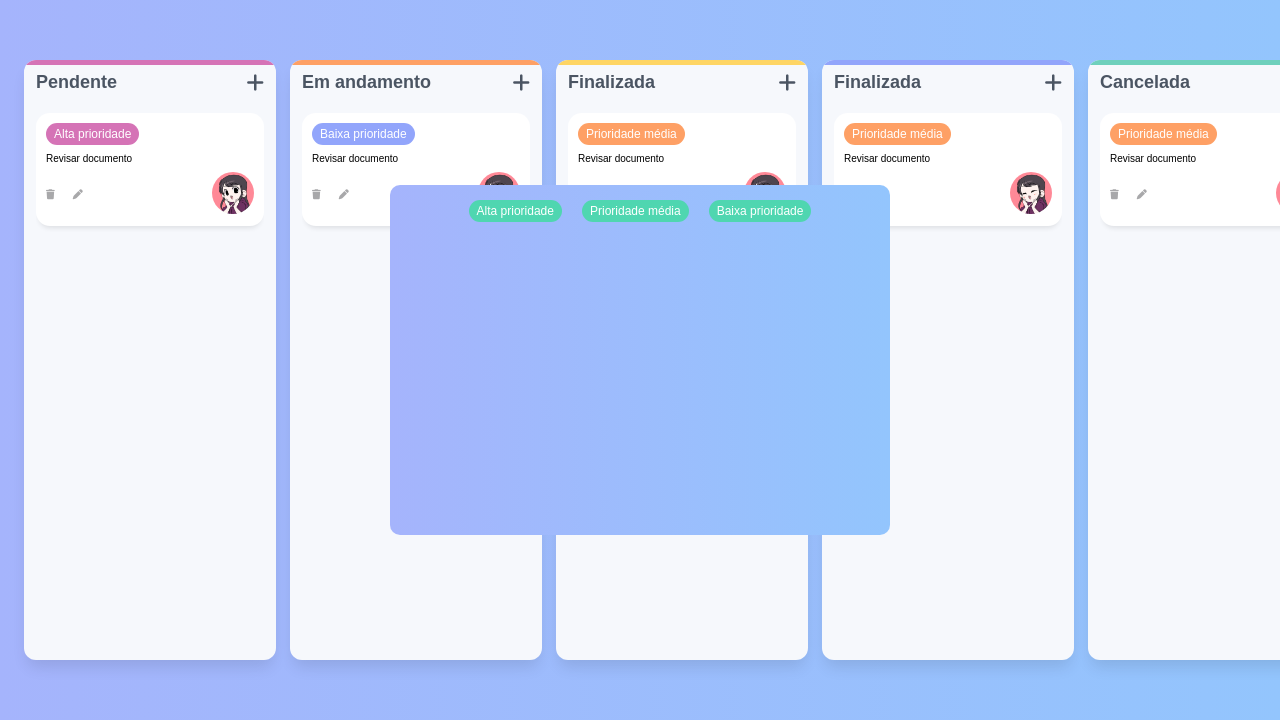
Repository: Marinalr-25/ProjetoToDoList
Page: index.html
These files come from the project's save history. The page is drawn as it stood at one moment and after the next save; the edit follows.
The browser window is 1280 px wide. The pictures show the whole page.
Some web fonts or font styles are not loaded; a fallback is used. Some web libraries are served in a nearby version.

Above is the page before, as saved 2024-10-31 18:17:41.

### index.html
<!DOCTYPE html>
<html lang="pt-BR">
  <head>
    <meta charset="UTF-8" />
    <meta name="viewport" content="width=device-width, initial-scale=1.0" />
    <link rel="preconnect" href="https://fonts.googleapis.com" />
    <link rel="preconnect" href="https://fonts.gstatic.com" crossorigin />
    <link
      href="https://fonts.googleapis.com/css2?family=Playpen+Sans:wght@100..800&family=Roboto:ital,wght@0,100;0,300;0,400;0,500;0,700;0,900;1,100;1,300;1,400;1,500;1,700;1,900&display=swap"
      rel="stylesheet"
    />
    <link
      rel="stylesheet"
      href="https://cdnjs.cloudflare.com/ajax/libs/font-awesome/6.6.0/css/all.min.css"
      integrity="sha512-Kc323vGBEqzTmouAECnVceyQqyqdsSiqLQISBL29aUW4U/M7pSPA/gEUZQqv1cwx4OnYxTxve5UMg5GT6L4JJg=="
      crossorigin="anonymous"
      referrerpolicy="no-referrer"
    />
    <link rel="stylesheet" href="css/style.css" />
    <title>Suas tarefas</title>
  </head>
  <body>
    <main class="kanban">
      <!-- coluna 1 -->
      <div class="kanban-column" data-id="1">
        <div class="kanban-title">
          <h2>Pendente</h2>
          <button class="add-card"><i class="fa-solid fa-plus"></i></button>
        </div>
        <div class="kanban-cards">
          <div class="kanban-card" draggable="true">
            <div class="badge high">
              <span>Alta prioridade</span>
            </div>
            <p class="card-title">Revisar documento</p>
            <div class="card-infos">
              <div class="card-icons">
                <p>
                  <i class="fa-solid fa-trash"></i>
                </p>
                <p>
                  <i class="fa-solid fa-pen"></i>
                </p>
              </div>
              <div class="user">
                <img src="images/iconePerfil1.png" alt="avatar1" />
              </div>
            </div>
          </div>
        </div>
      </div>
      <!-- coluna 2 -->
      <div class="kanban-column" data-id="2">
        <div class="kanban-title">
          <h2>Em andamento</h2>
          <button class="add-card"><i class="fa-solid fa-plus"></i></button>
        </div>
        <div class="kanban-cards">
          <div class="kanban-card" draggable="true">
            <div class="badge low">
              <span>Baixa prioridade</span>
            </div>
            <p class="card-title">Revisar documento</p>
            <div class="card-infos">
              <div class="card-icons">
                <p>
                  <i class="fa-solid fa-trash"></i>
                </p>
                <p>
                  <i class="fa-solid fa-pen"></i>
                </p>
              </div>
              <div class="user">
                <img src="images/iconePerfil2.png" alt="avatar2" />
              </div>
            </div>
          </div>
        </div>
      </div>
      <!-- coluna 3 -->
      <div class="kanban-column" data-id="3">
        <div class="kanban-title">
          <h2>Finalizada</h2>
          <button class="add-card"><i class="fa-solid fa-plus"></i></button>
        </div>
        <div class="kanban-cards">
          <div class="kanban-card" draggable="true">
            <div class="badge medium">
              <span>Prioridade média</span>
            </div>
            <p class="card-title">Revisar documento</p>
            <div class="card-infos">
              <div class="card-icons">
                <p>
                  <i class="fa-solid fa-trash"></i>
                </p>
                <p>
                  <i class="fa-solid fa-pen"></i>
                </p>
              </div>
              <div class="user">
                <img src="images/iconePerfil2.png" alt="avatar2" />
              </div>
            </div>
          </div>
        </div>
      </div>
      <!-- coluna 4 -->
      <div class="kanban-column" data-id="4">
        <div class="kanban-title">
          <h2>Finalizada</h2>
          <button class="add-card"><i class="fa-solid fa-plus"></i></button>
        </div>
        <div class="kanban-cards">
          <div class="kanban-card" draggable="true">
            <div class="badge medium">
              <span>Prioridade média</span>
            </div>
            <p class="card-title">Revisar documento</p>
            <div class="card-infos">
              <div class="card-icons">
                <p>
                  <i class="fa-solid fa-trash"></i>
                </p>
                <p>
                  <i class="fa-solid fa-pen"></i>
                </p>
              </div>
              <div class="user">
                <img src="images/iconePerfil2.png" alt="avatar2" />
              </div>
            </div>
          </div>
        </div>
      </div>
      <!-- coluna 5 -->
      <div class="kanban-column" data-id="5">
        <div class="kanban-title">
          <h2>Cancelada</h2>
          <button class="add-card"><i class="fa-solid fa-plus"></i></button>
        </div>
        <div class="kanban-cards">
          <div class="kanban-card" draggable="true">
            <div class="badge medium">
              <span>Prioridade média</span>
            </div>
            <p class="card-title">Revisar documento</p>
            <div class="card-infos">
              <div class="card-icons">
                <p>
                  <i class="fa-solid fa-trash"></i>
                </p>
                <p>
                  <i class="fa-solid fa-pen"></i>
                </p>
              </div>
              <div class="user">
                <img src="images/iconePerfil2.png" alt="avatar2" />
              </div>
            </div>
          </div>
        </div>
      </div>

      <div class="adicionando">
        <div class="modal">
          <div class="custom_radio">
            <input
              type="radio"
              name="prioridade"
              id="alta_prioridade"
              placeholder="Alta prioridade"
            />
            <label for="alta_prioridade">Alta prioridade</label>
          </div>
          <div class="custom_radio">
            <input
              type="radio"
              name="prioridade"
              id="media_prioridade"
              placeholder="Alta prioridade"
            />
            <label for="media_prioridade">Prioridade média </label>
          </div>
          <div class="custom_radio">
            <input
              type="radio"
              name="prioridade"
              id="baixa_prioridade"
              placeholder="Alta prioridade"
            />
            <label for="baixa_prioridade">Baixa prioridade</label>
          </div>
        </div>
      </div>
      <div class="descricao">
        <input type="text" name="" id="" />
      </div>
    </main>
    <script src="javascript/script.js"></script>
  </body>
</html>

### css/style.css
* {
  padding: 0;
  margin: 0;
  box-sizing: border-box;
}

*::-webkit-scrollbar {
  width: 0.8rem;
}

*::-webkit-scrollbar-track {
  background-color: #eaeffa;
  border-radius: 0.8rem;
}
*::-webkit-scrollbar-thumb {
  background-color: #b7d3fb;
  border-radius: 2rem;
}

html {
  font-size: 62.5%;
}

body {
  font-family: 'Playpen Sans', sans-serif;
  min-height: 100vh;
  display: flex;
  justify-content: center;
  align-items: center;
  background: linear-gradient(90deg, #a5b4fc, #93c5fd);
}

.kanban {
  display: flex;
  gap: 1.4rem;
  padding: 2.4rem;
  width: 100%;
  height: 90vh;
  overflow-x: auto;
}

.kanban-column {
  display: flex;
  flex-direction: column;
  gap: 1.8rem;
  height: 100%;
  overflow-y: auto;
  background-color: #f6f8fc;
  border-radius: 1.2rem;
  box-shadow: 0 1rem 1.5rem -0.3rem rgba(0, 0, 0, 0.1);
  padding: 1.2rem;
  overflow: hidden;
  min-width: 25.2rem;
  position: relative;

  &::after {
    position: absolute;
    content: '';
    top: 0;
    left: 0;
    height: 0.5rem;
    width: 100%;
  }
  &[data-id='1']::after {
    background-color: #d573b6;
  }
  &[data-id='2']::after {
    background-color: #fea065;
  }
  &[data-id='3']::after {
    background-color: #fed565;
  }
  &[data-id='4']::after {
    background-color: #92a5fb;
  }
  &[data-id='5']::after {
    background-color: #6ed0bc;
  }
}

.kanban-title {
  display: flex;
  justify-content: space-between;

  & h2 {
    font-size: 1.8rem;
    color: #4b5563;
    font-weight: 600;
  }
}

.add-card {
  color: #4b5563;
  font-size: 2rem;
  background-color: transparent;
  cursor: pointer;
  border: none;
}

.kanban-cards {
  display: flex;
  flex-direction: column;
  gap: 0.8rem;
  height: 100%;
  overflow-x: hidden;
  overflow-y: auto;
}

.kanban-card {
  display: flex;
  flex-direction: column;
  gap: 0.8rem;
  background-color: #ffffff;
  padding: 1rem;
  border-radius: 1.4rem;
  box-shadow: 0 0.5rem 0.5rem -0.3rem rgba(0, 0, 0, 0.1);
  cursor: pointer;
}

.badge {
  color: #ffffff;
  width: fit-content;
  font-size: 1.2rem;
  padding: 0.4rem 0.8rem;
  border-radius: 1.2rem;

  &.high {
    background-color: #d573b6;
  }
  &.medium {
    background-color: #fea065;
  }
  &.low {
    background-color: #92a5fb;
  }
}

.dragging {
  opacity: 0.5;
}

.card-infos {
  display: flex;
  justify-content: space-between;
  align-items: center;
}
.card-icons {
  display: flex;
  gap: 1.8rem;
  & i {
    color: #a8a8aa;
  }
}

.cards-hover {
  background-color: #eaeffa;
  border-radius: 0.8rem;
}

.user img {
  width: 4.2rem;
  height: 4.2rem;
  border-radius: 100%;
  object-fit: cover;
}

.adicionando {
  padding: 1rem;
  position: fixed;
  top: 50%;
  left: 50%;
  transform: translate(-50%, -50%);
  width: 50rem;
  height: 35rem;
  border-radius: 1rem;
  background: linear-gradient(90deg, #a5b4fc, #93c5fd);
}
.modal {
  display: flex;
  justify-content: center;
  gap: 1rem;
}

.custom_radio input[type='radio'] {
  display: none;
}

.custom_radio label {
  display: inline-block;
  margin: 0.5rem;
  cursor: pointer;
  transition: transform 0.2s ease;
  background-color: #4fd6b0;
  color: #ffffff;
  width: fit-content;
  font-size: 1.2rem;
  padding: 0.4rem 0.8rem;
  border-radius: 1.2rem;
}

.custom_radio input[type='radio']:checked + label {
  box-shadow: 0 0.5rem 5px 2px rgba(0, 0, 0, 0.2);
}

#alta_prioridade:checked + label {
  background-color: #d573b6; /* Vermelho para alta prioridade */
}

#media_prioridade:checked + label {
  background-color: #fea065; /* Amarelo para média prioridade */
}

#baixa_prioridade:checked + label {
  background-color: #92a5fb; /* Verde para baixa prioridade */
}

.custom-radio input[type='radio']:checked {
  transform: scale(1.1);
}

### javascript/script.js
document.addEventListener('DOMContentLoaded', function () {
  const cards = document.querySelectorAll('.kanban-card');
  const colunas = document.querySelectorAll('.kanban-cards');
  const mais = document.querySelectorAll('.fa-solid.fa-plus');
  console.log(mais);
  let dragCard = null;

  cards.forEach((card) => {
    card.addEventListener('dragstart', (e) => {
      dragCard = card;
      e.currentTarget.classList.add('dragging');
    });
    card.addEventListener('dragend', (e) => {
      e.currentTarget.classList.remove('dragging');
      dragCard = null;
    });
  });

  colunas.forEach((coluna) => {
    coluna.addEventListener('dragover', (e) => {
      e.preventDefault();
      e.currentTarget.classList.add('cards-hover');
    });
    coluna.addEventListener('dragleave', (e) => {
      e.currentTarget.classList.remove('cards-hover');
    });
    coluna.addEventListener('drop', (e) => {
      e.preventDefault();
      e.currentTarget.classList.remove('cards-hover');
      if (dragCard) {
        e.currentTarget.appendChild(dragCard);
      }
    });
  });

  mais.forEach((adicionar) => {
    adicionar.addEventListener;
  });

  const radios = document.querySelectorAll('input[name="prioridade"]');

  radios.forEach((radio) => {
    radio.addEventListener('change', () => {
      if (radio.checked) {
        const selecionadoPrioridade = radio.nextElementSibling.textContent;
        console.log(selecionadoPrioridade);
      }
    });
  });
});

After the next save:
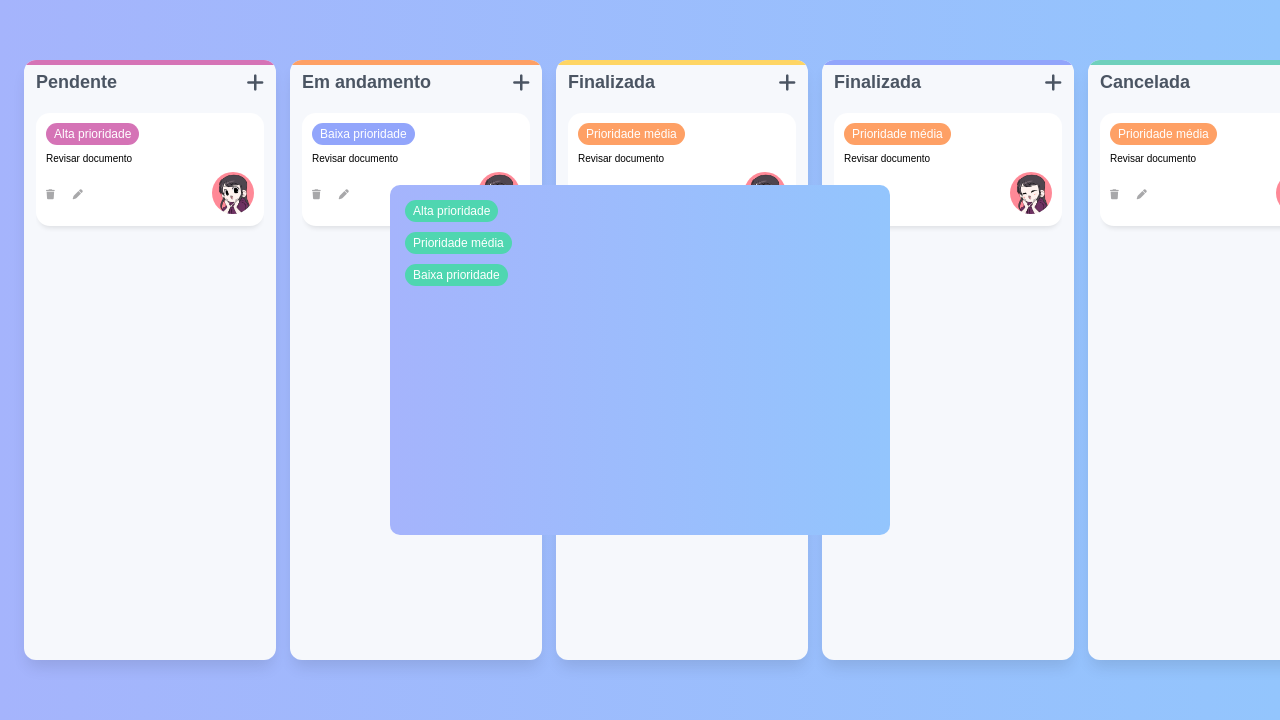
Saved 21 s later.
--- a/index.html
+++ b/index.html
@@ -163,7 +163,7 @@
       </div>
 
       <div class="adicionando">
-        <div class="modal">
+        <div class="opcoes">
           <div class="custom_radio">
             <input
               type="radio"

After the save that followed:
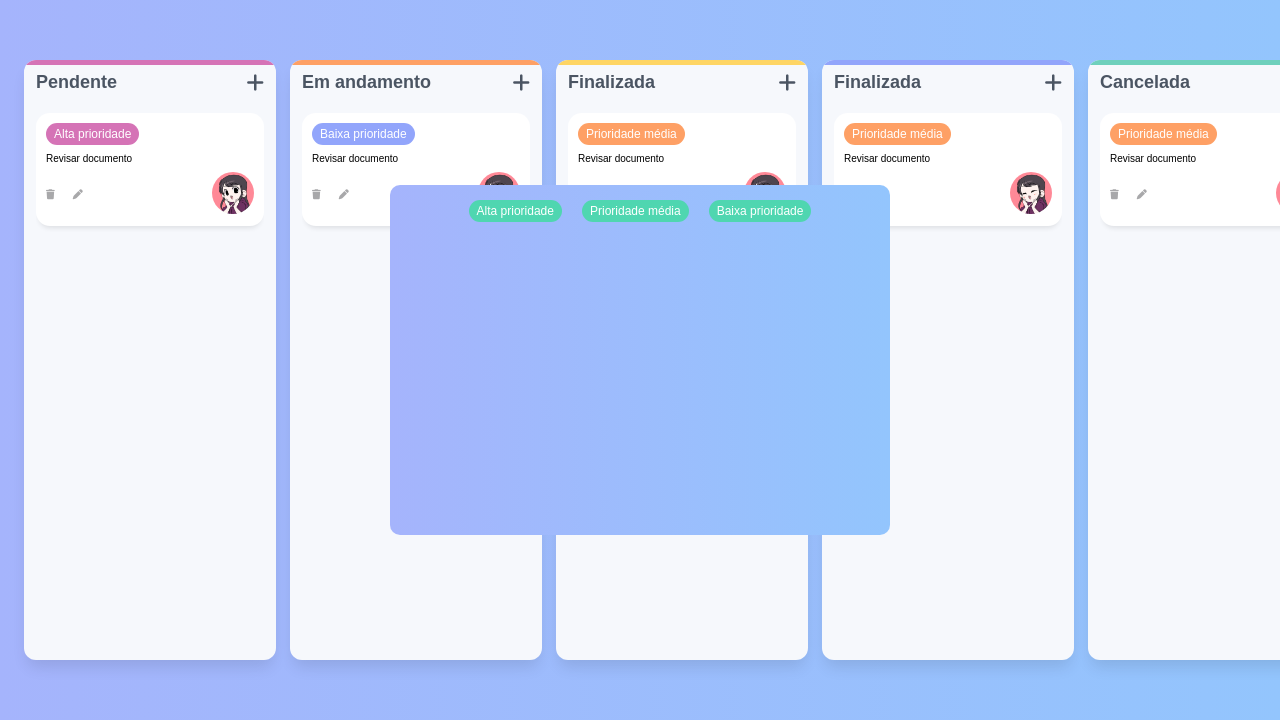
Saved 2 s later.
--- a/css/style.css
+++ b/css/style.css
@@ -175,7 +175,7 @@ body {
   border-radius: 1rem;
   background: linear-gradient(90deg, #a5b4fc, #93c5fd);
 }
-.modal {
+.opcoes {
   display: flex;
   justify-content: center;
   gap: 1rem;
